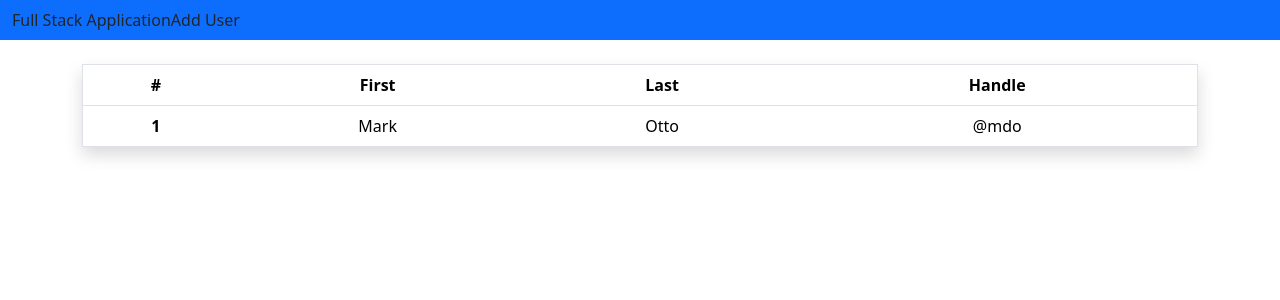
Repository: rajratangm/spring
Page: /adduser (app in front/)
An editor plug-in stored every save of this project. The page is shown before and after a run of saves, followed by the edit.
The browser window is 1280 px wide. The pictures show the whole page.
The page's requests for data from a server got no answer. The project was rebuilt for these pictures with package versions that can differ from the ones it lists, and the page was loaded fresh each time. No one was signed in, and anything a server would have sent is missing.

Above is the page before, as saved 2024-05-19 17:49:25.

### front/src/App.js

import './App.css';
import "../node_modules/bootstrap/dist/css/bootstrap.min.css";
import Navbar from './layout/Navbar';
import Home from './pages/Home';

function App() {
  return (
    <div className="App">
    <Navbar/>
    <Home/>
    </div>
  );
}

export default App;

### front/src/layout/Navbar.js
import React from 'react'
import { Link } from "react-router-dom";

const Navbar = () => {
  return (
    <div>
    <nav className="navbar navbar-expand-lg navbar-dark bg-primary">
      <div className="container-fluid">

          Full Stack Application

        <button
          className="navbar-toggler"
          type="button"
          data-bs-toggle="collapse"
          data-bs-target="#navbarSupportedContent"
          aria-controls="navbarSupportedContent"
          aria-expanded="false"
          aria-label="Toggle navigation"
        >
          <span className="navbar-toggler-icon"></span>
        </button>
          Add User

      </div>
    </nav>
  </div>
  )
}

export default Navbar

### front/src/pages/Home.js
import React, { useEffect } from 'react'
import axios from 'axios'
import { useState } from 'react';
const Home = () => {
    const [users, setUsers]= useState([]);
    useEffect(()=>{
        loadUsers();
    },[])
    const loadUsers = async ()=>{
    const result= await axios.get("http://localhost:8080/users")
    console.log(result.data)
}


return (
    <div className='container'>
        <div className='py-4'>
        <table className="table border shadow">
  <thead>
    <tr>
      <th scope="col">#</th>
      <th scope="col">First</th>
      <th scope="col">Last</th>
      <th scope="col">Handle</th>
    </tr>
  </thead>
  <tbody>

    {
        users.map((user,index)=>{

        })
    }
    <tr>
      <th scope="row">1</th>
      <td>Mark</td>
      <td>Otto</td>
      <td>@mdo</td>
    </tr>
  </tbody>
</table>


        </div>

    </div>
  )
}

export default Home

Loaded but not shown: front/public/index.html (common file); front/src/index.js (common file); front/src/index.css (common file); front/src/reportWebVitals.js (common file); front/src/App.css (common file)

After the next 2 saves:
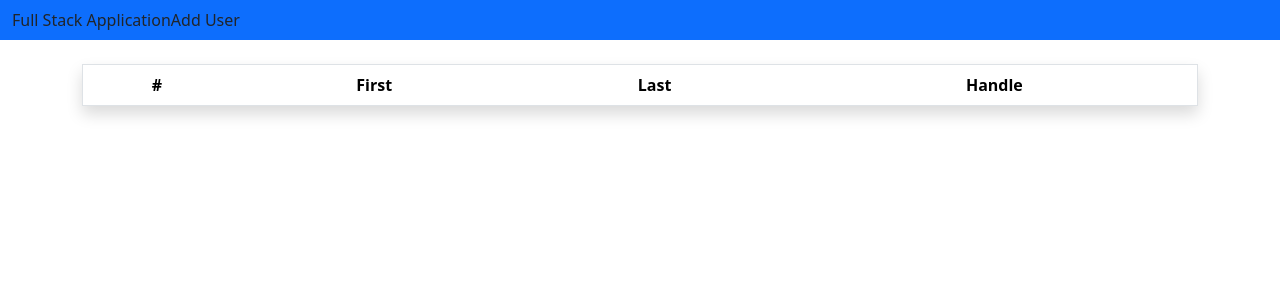
The 2 saves are shown as one change because they came seconds apart.
The last was saved 12 s later.
--- a/front/src/pages/Home.js
+++ b/front/src/pages/Home.js
@@ -28,15 +28,16 @@ return (
 
     {
         users.map((user,index)=>{
-
-        })
-    }
-    <tr>
+            <tr>
       <th scope="row">1</th>
       <td>Mark</td>
       <td>Otto</td>
       <td>@mdo</td>
     </tr>
+
+        })
+    }
+
   </tbody>
 </table>
 
